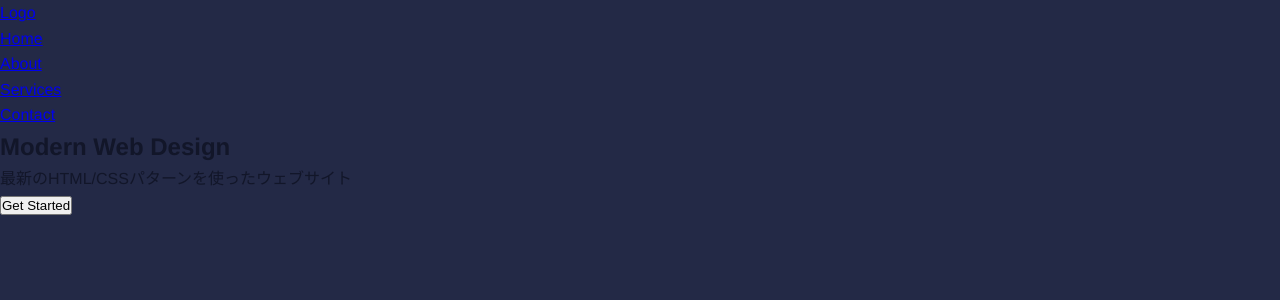
Repository: co6tter/hello-newworld-v3
Page: index.html
These files come from the project's save history. The page is drawn as it stood at one moment and after the next save; the edit follows.
The browser window is 1280 px wide. The pictures show the whole page.

Above is the page before, as saved 2025-07-14 19:29:07.

### index.html
<!DOCTYPE html>
<html lang="ja">
  <head>
    <meta charset="UTF-8" />
    <meta name="viewport" content="width=device-width, initial-scale=1.0" />
    <title>Hello New World V3</title>
    <link rel="stylesheet" href="style.css" />
  </head>
  <body>
    <header class="header">
      <nav class="navbar">
        <div class="nav-brand">
          <a href="#" class="brand-logo">Logo</a>
        </div>
        <ul class="nav-menu">
          <li class="nav-item"><a href="#home" class="nav-link">Home</a></li>
          <li class="nav-item"><a href="#about" class="nav-link">About</a></li>
          <li class="nav-item">
            <a href="#services" class="nav-link">Services</a>
          </li>
          <li class="nav-item">
            <a href="#contact" class="nav-link">Contact</a>
          </li>
        </ul>
        <div class="hamburger">
          <span class="bar"></span>
          <span class="bar"></span>
          <span class="bar"></span>
        </div>
      </nav>
    </header>

    <section class="hero" id="home">
      <div class="hero-content">
        <h1 class="hero-title">Modern Web Design</h1>
        <p class="hero-subtitle">最新のHTML/CSSパターンを使ったウェブサイト</p>
        <button class="cta-button">Get Started</button>
      </div>
    </section>
  </body>
</html>

### style.css
:root {
  --primary-color: #b8c1ec;
  --secondary-color: #fffffe;
  --accent-color: #eebbc3;
  --text-color: #121629;
  --bg-color: #232946;
  --border-color: #121629;
  --shadow: 0 4px 6px -1px rgb(0 0 0 / 0.1);
  --shadow-lg: 0 20px 25px -5px rgb(0 0 0 / 0.1);
  --border-radius: 8px;
  --transition: all 0.3s ease;
  --font-primary: "Helvetica Neue", Arial, sans-serif;
  --max-width: 1200px;
}

* {
  margin: 0;
  padding: 0;
  box-sizing: border-box;
}

body {
  font-family: var(--font-primary);
  line-height: 1.6;
  color: var(--text-color);
  background-color: var(--bg-color);
}

After the next save:
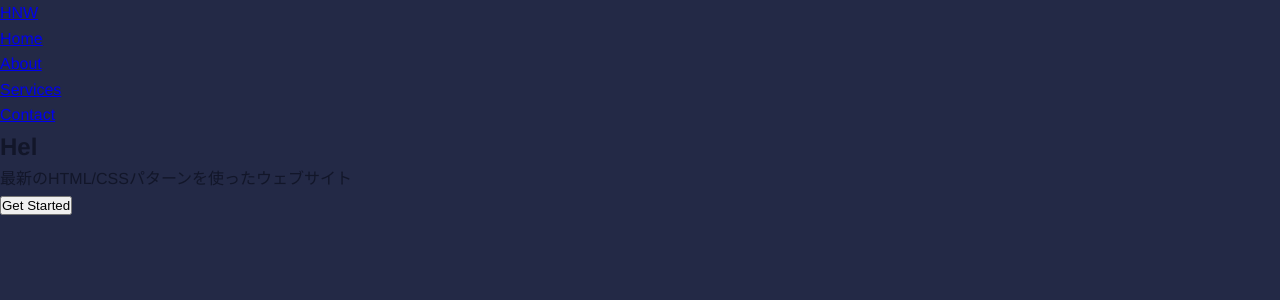
Saved 55 s later.
--- a/index.html
+++ b/index.html
@@ -10,7 +10,7 @@
     <header class="header">
       <nav class="navbar">
         <div class="nav-brand">
-          <a href="#" class="brand-logo">Logo</a>
+          <a href="#" class="brand-logo">HNW</a>
         </div>
         <ul class="nav-menu">
           <li class="nav-item"><a href="#home" class="nav-link">Home</a></li>
@@ -32,7 +32,7 @@
 
     <section class="hero" id="home">
       <div class="hero-content">
-        <h1 class="hero-title">Modern Web Design</h1>
+        <h1 class="hero-title">Hel</h1>
         <p class="hero-subtitle">最新のHTML/CSSパターンを使ったウェブサイト</p>
         <button class="cta-button">Get Started</button>
       </div>
